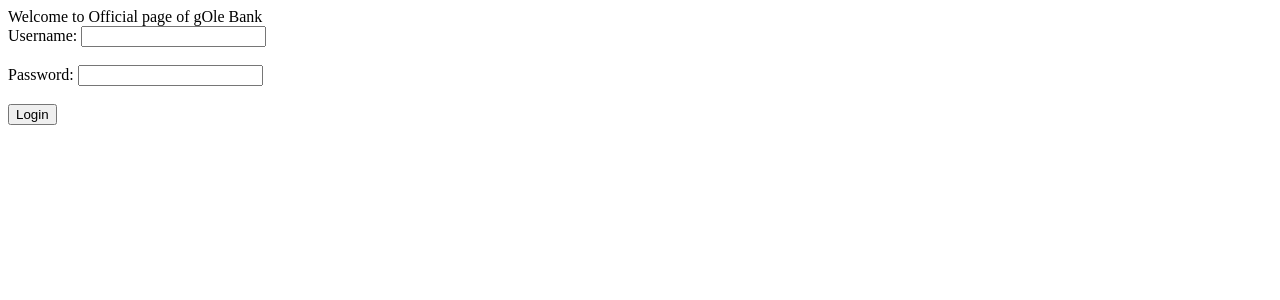
Repository: sandipgole/Myservlet
Page: WebATM/WebContent/login.html
An editor plug-in stored every save of this project. The page is shown before and after the next save, followed by the edit.
The browser window is 1280 px wide. The pictures show the whole page.

Above is the page before, as saved 2019-06-25 03:40:03.

### WebATM/WebContent/login.html
<!DOCTYPE html>
<html>
<head>
<meta charset="ISO-8859-1">
<title>LoginPage</title>
</head>
<body>
Welcome to Official page of gOle Bank<br>
<form action="" methode="post">
Username: <input type="text" name="un"><br><br>
Password: <input type="password" name="pw"><br><br>
<input type="submit" value="Login">



</form>
</body>
</html>

After the next save:
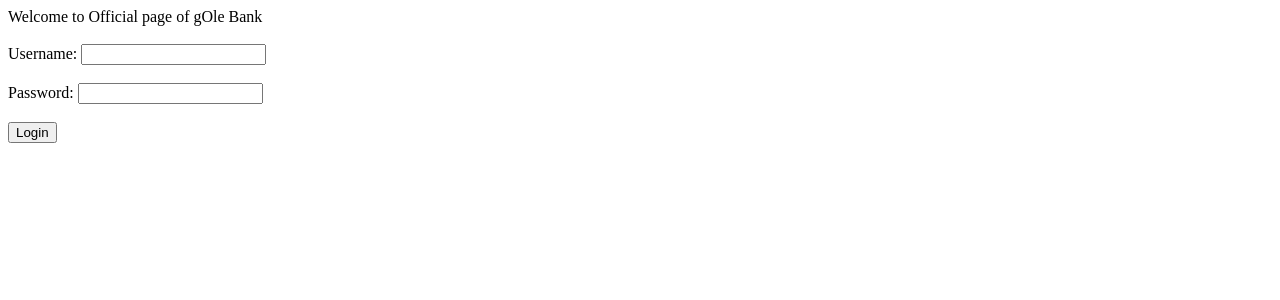
Saved 32 s later.
--- a/WebATM/WebContent/login.html
+++ b/WebATM/WebContent/login.html
@@ -5,7 +5,7 @@
 <title>LoginPage</title>
 </head>
 <body>
-Welcome to Official page of gOle Bank<br>
+Welcome to Official page of gOle Bank<br><br>
 <form action="" methode="post">
 Username: <input type="text" name="un"><br><br>
 Password: <input type="password" name="pw"><br><br>
